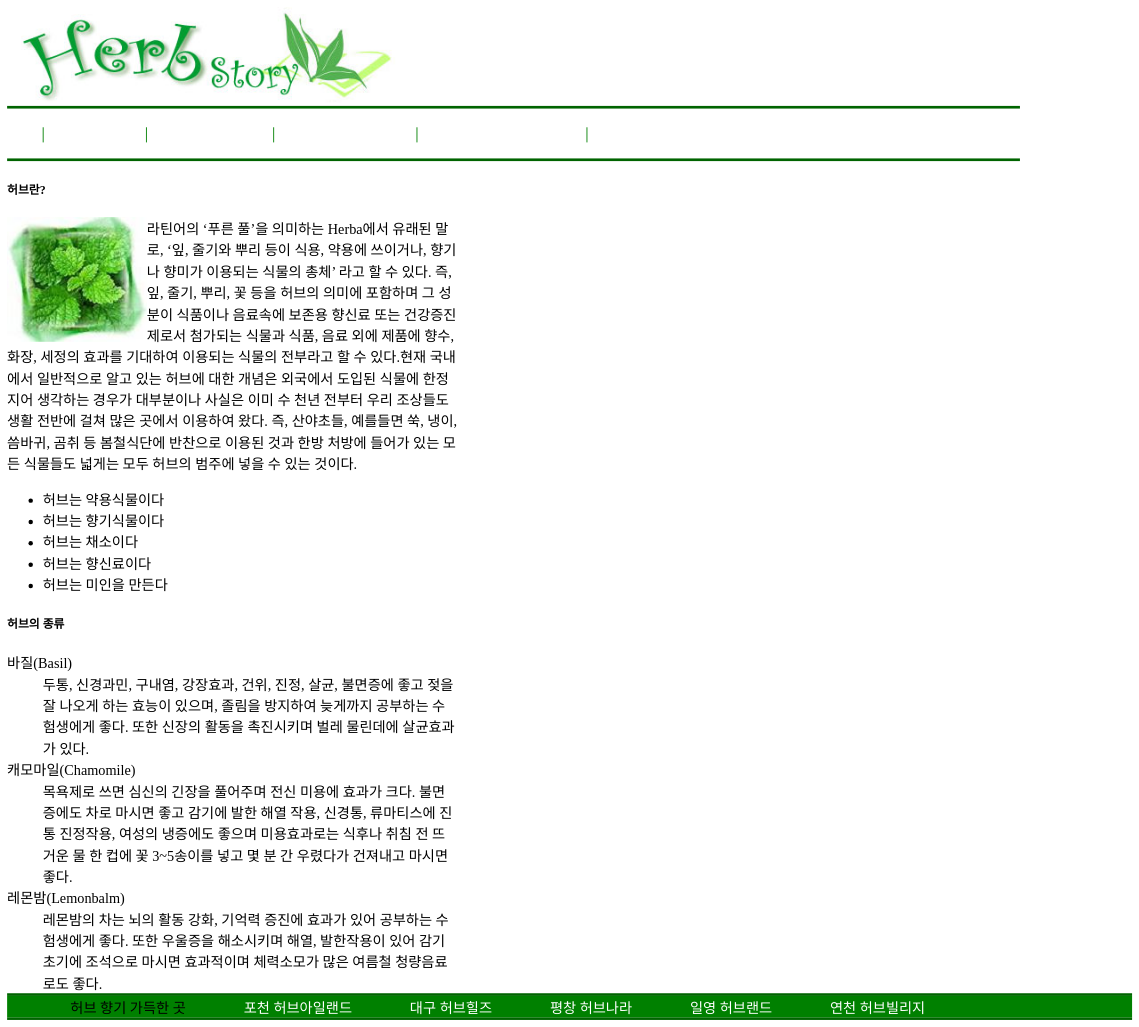
Repository: RyuJelly/java_web
Page: CSS/WebContent/exam2/layout.htm
The author's editor kept a copy of each file at every save. The page is drawn from the files as they stood at one save, then again after the next save.
The browser window is 1280 px wide. The pictures show the whole page, at 89% of full size.

Above is the page before, as saved 2021-03-08 05:49:35.

### CSS/WebContent/exam2/layout.htm
<!DOCTYPE HTML PUBLIC "-//W3C//DTD HTML 4.01//EN" "http://www.w3.org/TR/html4/strict.dtd">
<html>
<head>
<title>레이아웃 연습하기</title>
<meta http-equiv="Content-Type" content="text/html; charset=UTF-8">
<style type="text/css">
	#menu{
		width: 90%;
		border-top: 3px solid darkgreen;
		border-bottom: 3px solid darkgreen;
	}

	#menu li{
		display: inline;
		border-left: 1px solid darkgreen;
		border-color: green;
		padding-left: 30px;
		margin-right: 30px;
	}
	#first{
		border-left: none;
	}

	#content1{
		width: 40%;
		/* float: left; */
		margin-right: 10%;
	}
	#content1 img{
		float: left;
	}

	#content2{
		width: 40%;
		/* float: right; */
		margin-right: 10%;
	}
	#infolist{
		border-top: 3px solid darkgreen;
		border-bottom: 3px solid darkgreen;
	}
	#infolist ul{
		margin: 0px;
		background-color: green;
	}
	#infolist li{
		display: inline;
		border-left: 1px solid darkgreen;
		border-color: green;
		padding-left: 30px;
		margin-right: 30px;
	}
	#list_title{
		border-left: none;
	}
	a {
		text-decoration: none;
		color: white;
	}
</style>
</head>
<body>

<div>
	<img src="images/herblogo.jpg">
</div>

<div id="menu">
 <ul>
  <li id="first"><a href="#">허브란?</a></li>
  <li><a href="#">허브의 종류</a></li>
  <li><a href="#">허브 키우는 법</a></li>
  <li><a href="#">직접 만드는 허브차</a></li>
  <li><a href="#">허브, 이렇게 활용하세요</a></li>
 </ul>
</div>

<div id="content1">
 <h5>허브란? </h5>
 <img src="images/balm.jpg" id="balm">
 <p>라틴어의 ‘푸른 풀’을 의미하는 Herba에서 유래된 말로, ‘잎, 줄기와 뿌리 등이 식용, 약용에 쓰이거나, 향기나 향미가 이용되는 식물의 총체’ 라고 할 수 있다. 즉, 잎, 줄기, 뿌리, 꽃 등을 허브의 의미에 포함하며 그 성분이 식품이나 음료속에 보존용 향신료 또는 건강증진제로서 첨가되는 식물과 식품, 음료 외에 제품에 향수, 화장, 세정의 효과를 기대하여 이용되는 식물의 전부라고 할 수 있다.현재 국내에서 일반적으로 알고 있는 허브에 대한 개념은 외국에서 도입된 식물에 한정지어 생각하는 경우가 대부분이나 사실은 이미 수 천년 전부터 우리 조상들도 생활 전반에 걸쳐 많은 곳에서 이용하여 왔다. 즉, 산야초들, 예를들면 쑥, 냉이, 씀바귀, 곰취 등 봄철식단에 반찬으로 이용된 것과 한방 처방에 들어가 있는 모든 식물들도 넓게는 모두 허브의 범주에 넣을 수 있는 것이다.</p>
 <ul>
  <li>허브는 약용식물이다</li>
  <li>허브는 향기식물이다</li>
  <li>허브는 채소이다</li>
  <li>허브는 향신료이다</li>
  <li>허브는 미인을 만든다</li>
 </ul>
</div>

<div id="content2">
 <h5>허브의 종류</h5>
 <dt>바질(Basil)</dt>
  <dd>두통, 신경과민, 구내염, 강장효과, 건위, 진정, 살균, 불면증에 좋고 젖을 잘 나오게 하는 효능이 있으며, 졸림을 방지하여 늦게까지 공부하는 수험생에게 좋다. 또한 신장의 활동을 촉진시키며 벌레 물린데에 살균효과가 있다.</dd>
 <dt>캐모마일(Chamomile)</dt>
  <dd>목욕제로 쓰면 심신의 긴장을 풀어주며 전신 미용에 효과가 크다. 불면증에도 차로 마시면 좋고 감기에 발한 해열 작용, 신경통, 류마티스에 진통 진정작용, 여성의 냉증에도 좋으며 미용효과로는 식후나 취침 전 뜨거운 물 한 컵에 꽃 3~5송이를 넣고 몇 분 간 우렸다가 건져내고 마시면 좋다.</dd>
 <dt>레몬밤(Lemonbalm)</dt>
  <dd>레몬밤의 차는 뇌의 활동 강화, 기억력 증진에 효과가 있어 공부하는 수험생에게 좋다. 또한 우울증을 해소시키며 해열, 발한작용이 있어 감기 초기에 조석으로 마시면 효과적이며 체력소모가 많은 여름철 청량음료로도 좋다.</dd>
</div>

<div id="infolist">
 <ul>
  <li id="list_title">허브 향기 가득한 곳</li>
  <li><a href="http://www.herbisland.net/" target="_blank">포천 허브아일랜드</a></li>
  <li><a href="http://www.herbhillz.com/" target="_blank">대구 허브힐즈</a></li>
  <li><a href="http://www.herbnara.com/" target="_blank">평창 허브나라</a></li>
  <li><a href="http://www.iyherbland.co.kr/" target="_blank">일영 허브랜드</a></li>
  <li><a href="http://www.herbvillage.co.kr/" target="_blank">연천 허브빌리지</a></li>
 </ul>
</div>
</body>
</html>

After the next save:
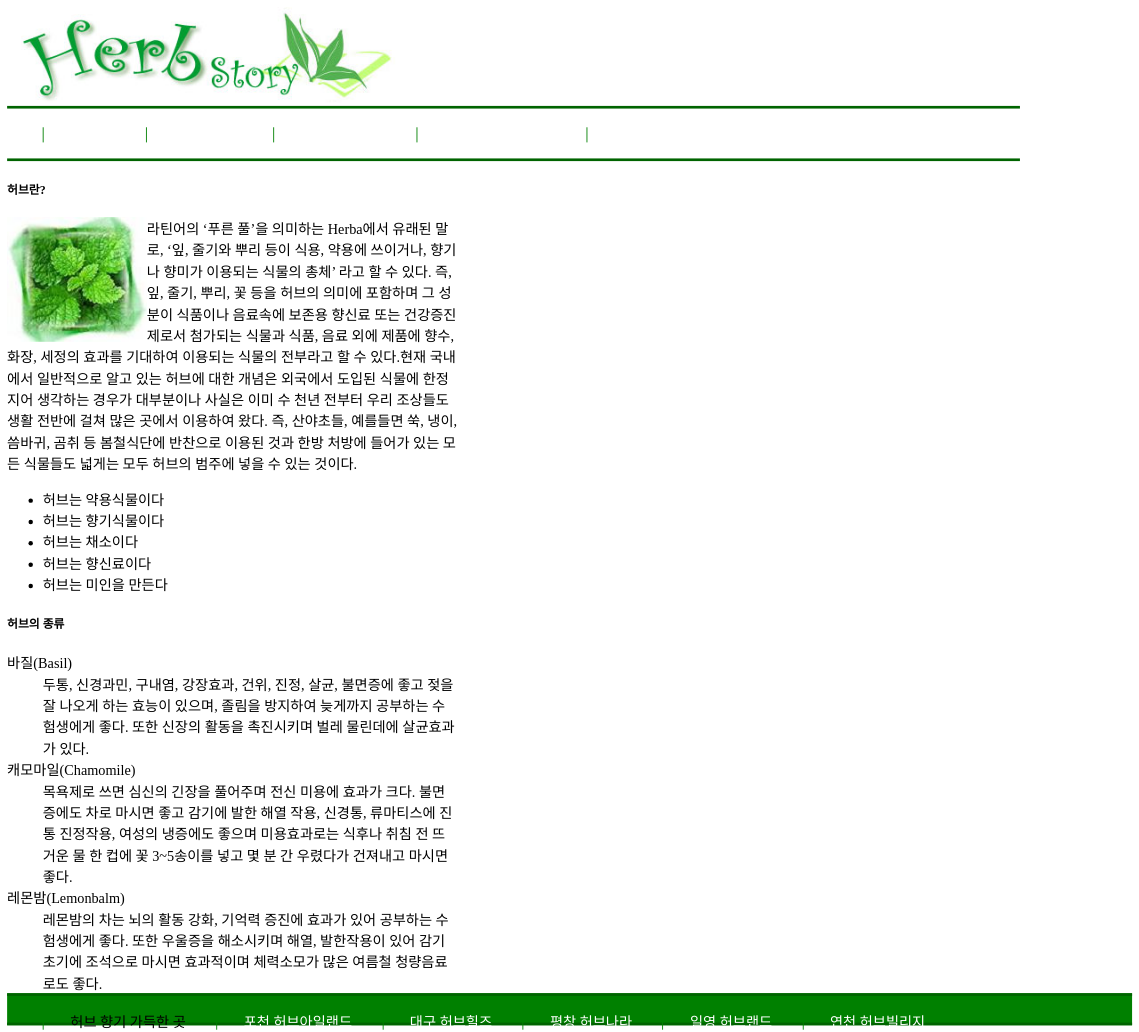
Saved 97 s later.
--- a/CSS/WebContent/exam2/layout.htm
+++ b/CSS/WebContent/exam2/layout.htm
@@ -38,10 +38,10 @@
 	#infolist{
 		border-top: 3px solid darkgreen;
 		border-bottom: 3px solid darkgreen;
+		height: 30px;
+		background-color: green;
 	}
 	#infolist ul{
-		margin: 0px;
-		background-color: green;
 	}
 	#infolist li{
 		display: inline;
